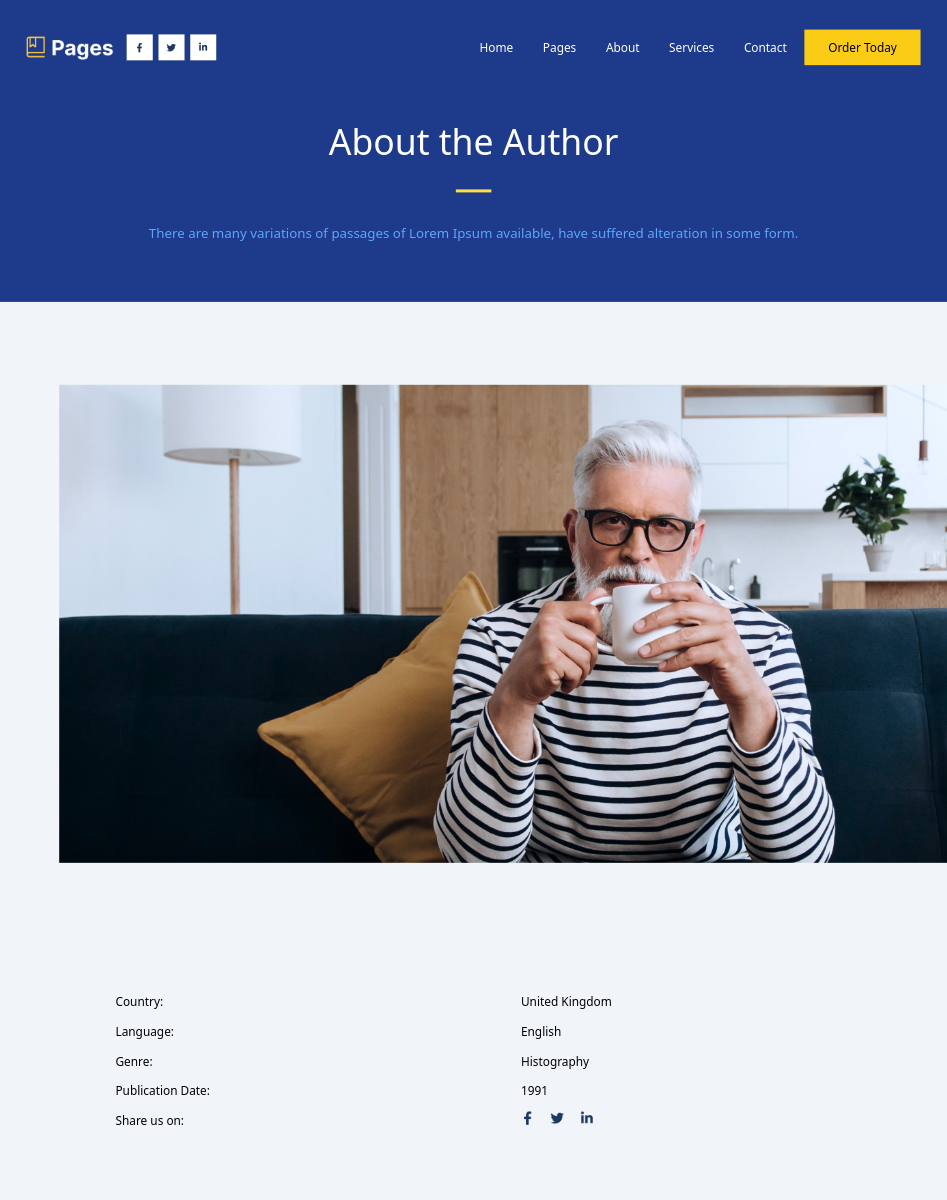
Repository: Godnorg/Class3
Page: index.html
An editor plug-in stored every save of this project. The page is shown before and after a run of saves, followed by the edit.
The browser window is 1280 px wide. The pictures show the whole page, at 74% of full size.
Some web libraries are served in a nearby version.

Above is the page before, as saved 2023-02-19 02:31:57.

### index.html
<!DOCTYPE html>
<html lang="en">
<head>
    <meta charset="UTF-8">
    <meta http-equiv="X-UA-Compatible" content="IE=edge">
    <meta name="viewport" content="width=device-width, initial-scale=1.0">
    <title>Class3</title>
    <script src="https://cdn.tailwindcss.com"></script>
</head>
<body class="w-full bg-blue-900">
<div class="flex items-center justify-between w-full pt-10 mx-auto px-9 max-w-7xl">
    <div class="flex gap-4 ">
    <img src="./Logo.png">
    <img src="./soc-icons.png" class="h-9">
    </div>
    <div class="flex gap-6">
        <ul class="flex items-center gap-10 text-white">
            <li><a href="#">Home</a></li>
            <li><a href="#">Pages</a></li>
            <li><a href="#">About</a></li>
            <li><a href="#">Services</a></li>
            <li><a href="#">Contact</a></li>
        </ul>
        <button class="px-8 py-3 mx-auto bg-yellow-400 font-sans-serif">Order Today</button>
    </div>
    </div>
    <div class="items-center mx-auto">
    <h1 class="items-center pt-20 pb-10 text-5xl text-center text-white">About the Author</h1>
        <div
            class="items-center w-12 h-1 mx-auto text-center bg-yellow-300">
        </div>
        <p class="items-center pt-10 pb-20 mx-auto text-lg text-center text-blue-400">There are many variations of passages of Lorem Ipsum available, have suffered alteration in some form.</p>
    </div>
    <div class= "bg-slate-100">
        <div class="relative w-full pb-20 pl-20 mx-auto pt-28 bg-color-white max-w-7xl">
        <img src="./oldman2.jpg">
        </div>
        <div>
            <div class="grid grid-cols-2 py-24 ml-28 gap-x-4 gap-y-4 bg-color-white px-11">
                <h2 class="px-0 mx-0">Country:</h2>
                <p>United Kingdom</p>
                <h2>Language:</h2>
                <p>English</p>
                <h2>Genre:</h2>
                <p>Histography</p>
                <h2>Publication Date:</h2>
                <p>1991</p>
                <h2>Share us on:</h2>
                <img src="./socialmedia.png">
            </div>
        </div>
    </div>

</body>
</html>

After the next 4 saves:
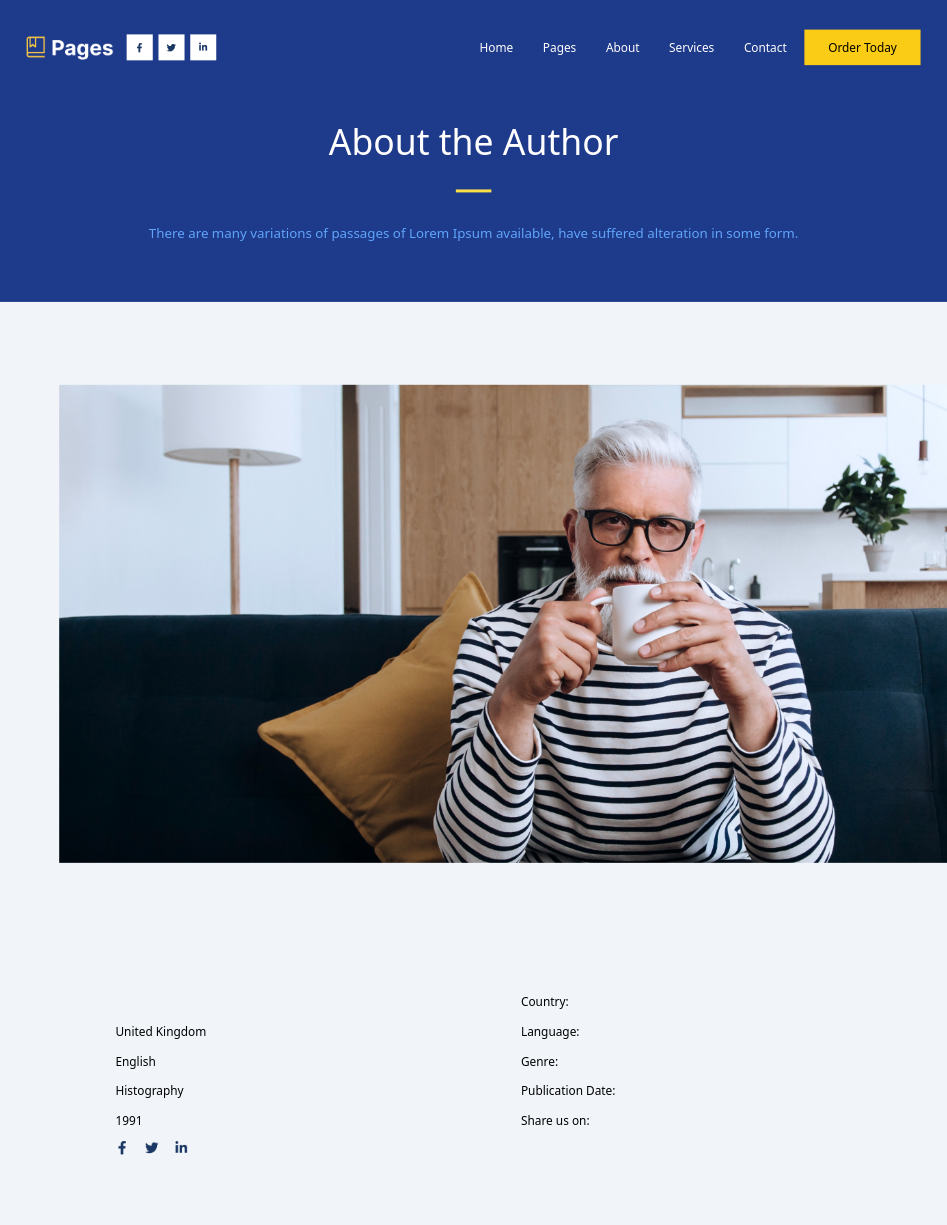
The 4 saves are shown as one change because they came seconds apart.
The last was saved 13 s later.
--- a/index.html
+++ b/index.html
@@ -37,7 +37,8 @@
         </div>
         <div>
             <div class="grid grid-cols-2 py-24 ml-28 gap-x-4 gap-y-4 bg-color-white px-11">
-                <h2 class="px-0 mx-0">Country:</h2>
+                <div></div>
+                <h2>Country:</h2>
                 <p>United Kingdom</p>
                 <h2>Language:</h2>
                 <p>English</p>

After the 2 saves that followed:
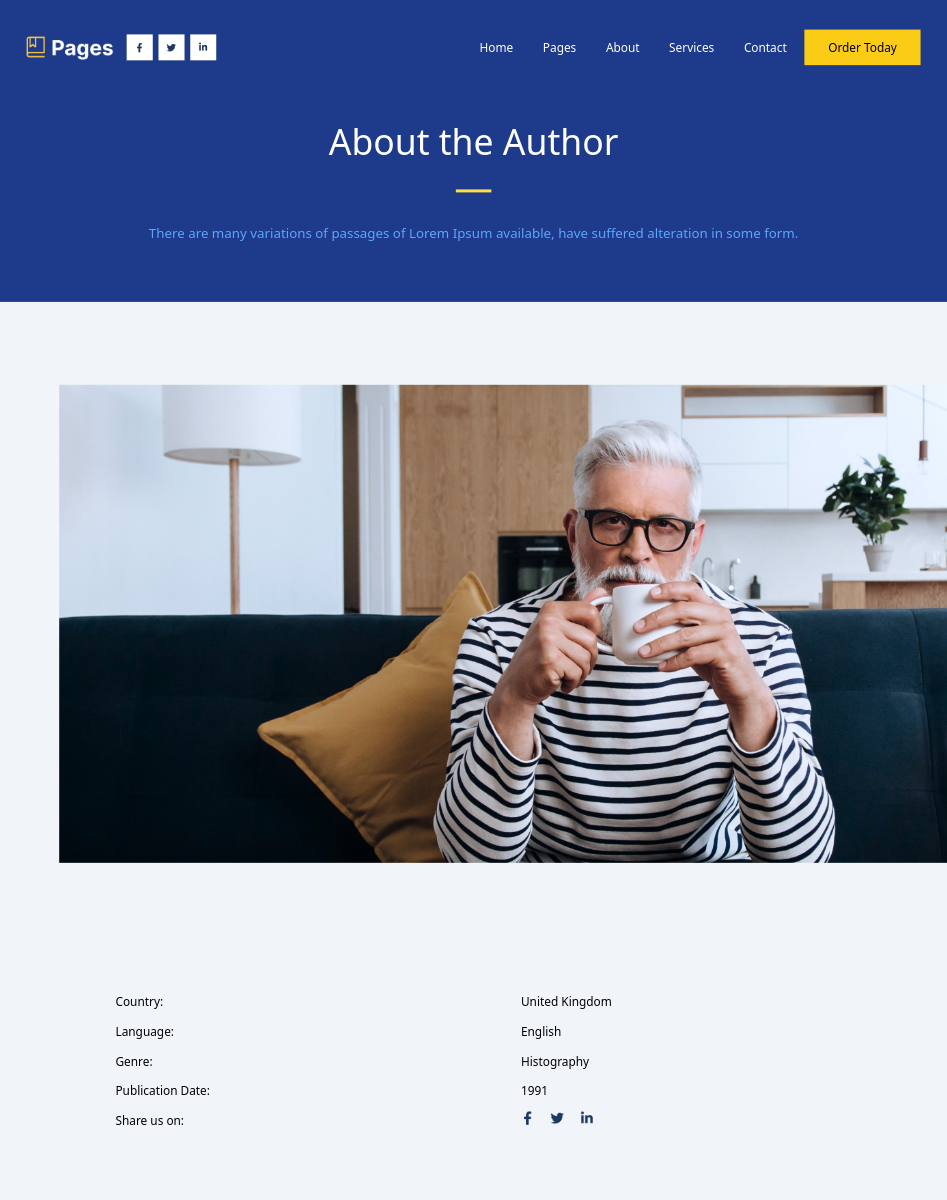
The 2 saves are shown as one change because they came seconds apart.
The last was saved 8 s later.
--- a/index.html
+++ b/index.html
@@ -37,8 +37,9 @@
         </div>
         <div>
             <div class="grid grid-cols-2 py-24 ml-28 gap-x-4 gap-y-4 bg-color-white px-11">
-                <div></div>
+                <div>
                 <h2>Country:</h2>
+            </div>
                 <p>United Kingdom</p>
                 <h2>Language:</h2>
                 <p>English</p>
